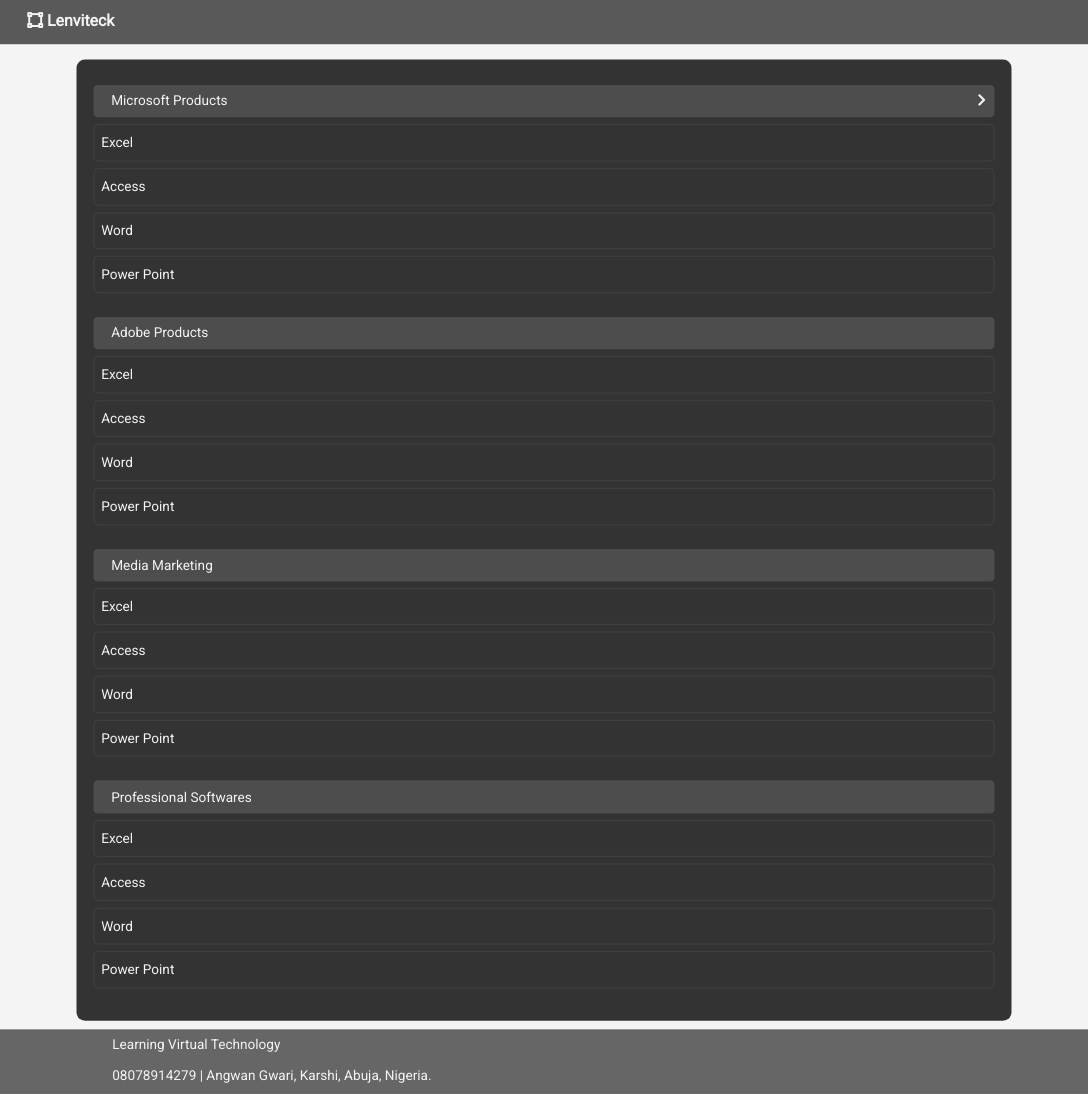
Repository: mxhdiqaim/lenviteck
Page: dist/trainingInstitute.html
The author's editor kept a copy of each file at every save. The page is drawn from the files as they stood at one save, then again after the next save.
The browser window is 1280 px wide. The pictures show the whole page, at 85% of full size.
Some web libraries are served in a nearby version. The style sheet was rebuilt from its Sass, Less or Tailwind sources for each picture, by a compiler version that may differ from the author's.

Above is the page before, as saved 2021-05-07 16:08:23.

### dist/trainingInstitute.html
<!DOCTYPE html>
<html lang="en">
<head>
    <meta charset="UTF-8">
    <meta http-equiv="X-UA-Compatible" content="IE=edge">
    <meta name="viewport" content="width=device-width, initial-scale=1.0">
    <link rel="icon" href="../img/favicon.ico" type="image/x-icon" />
    <link rel="stylesheet" href="./styles/main.css">
    <link rel="stylesheet" href="https://pro.fontawesome.com/releases/v5.10.0/css/all.css"
    integrity="sha384-AYmEC3Yw5cVb3ZcuHtOA93w35dYTsvhLPVnYs9eStHfGJvOvKxVfELGroGkvsg+p" crossorigin="anonymous" />
    <title>Lenviteck | Training Institute</title>
</head>
<body>

    <section class="content">
        <nav class="navbar bg-dark">
            <div class="logo">
                <h1><i class="fas fa-vector-square"></i> Lenviteck</h1>
            </div>
        </nav>
        <section class="container section-1">
            <div class="works-list drop-down">
                <a href="#" class="btn btn-block" >Microsoft Products<span><i class="fas fa-chevron-right"></i></span> </a>
                <ul>
                    <li class="card"><a href="#">Excel</a></li>
                    <li class="card"><a href="#">Access</a></li>
                    <li class="card"><a href="#">Word</a></li>
                    <li class="card"><a href="#">Power Point</a></li>
                </ul>
            </div>
            <div class="works-list">
                <a href="#" class="btn btn-block" >Adobe Products</a>
                <ul>
                    <li class="card"><a href="#">Excel</a></li>
                    <li class="card"><a href="#">Access</a></li>
                    <li class="card"><a href="#">Word</a></li>
                    <li class="card"><a href="#">Power Point</a></li>
                </ul>
            </div>
            <div class="works-list">
                <a href="#" class="btn btn-block" >Media Marketing</a>
                <ul>
                    <li class="card"><a href="#">Excel</a></li>
                    <li class="card"><a href="#">Access</a></li>
                    <li class="card"><a href="#">Word</a></li>
                    <li class="card"><a href="#">Power Point</a></li>
                </ul>
            </div>
            <div class="works-list">
                <a href="#" class="btn btn-block" >Professional Softwares</a>
                <ul>
                    <li class="card"><a href="#">Excel</a></li>
                    <li class="card"><a href="#">Access</a></li>
                    <li class="card"><a href="#">Word</a></li>
                    <li class="card"><a href="#">Power Point</a></li>
                </ul>
            </div>
        </section>
  </section>
    <footer>
        <div class="container-1">
            <div id="copy"></div>
        </div>
    </footer>

      <script>
          const date = new Date().getFullYear();
          document.getElementById("copy").innerHTML = ` <p>Learning Virtual Technology </p> <p>08078914279 | Angwan Gwari, Karshi, <span>Abuja, Nigeria</span>. </p>`;
      </script>
  </body>
</html>

### dist/styles/main.scss
// Import
@import url('https://fonts.googleapis.com/css?family=Roboto');

// Global variables
$primary-color: #dc3545;
$dark-color: #333333;
$light-color: #f4f4f4;
$danger-color: #dc3545;
$success-color: #28a745;

// Functions
@function set-text-color($color) {
  @if (lightness($color) > 40) {
    @return #000;
  } @else {
    @return #fff;
  }
}

* {
  padding: 0;
  margin: 0;
  box-sizing: border-box;
}

body {
  font-family: 'Roboto', sans-serif;
  font-size: 1rem;
  line-height: 1.6;
  color: set-text-color($light-color);
  background: $light-color;
}


a {
  color: set-text-color($light-color);
  text-decoration: none;
}

ul {
  list-style: none;
}

img {
  width: 100%;
}

.logo-div {
  display: flex;
  justify-content: flex-start;
  align-items: center;

  img, h1 {
    margin: 0 8px 0;
  }

  img {
    width: 50px;
    border-radius: 50%;
  }
}

.container {
  max-width: 1100px;
  margin: auto;
  overflow: hidden;
  padding: 0 2rem;
}

.container-1 {
  max-width: 1100px;
  margin-left: 100px;
  overflow: hidden;
  padding: 0 2rem;
}

.section-1 {
  padding: 20px 10px;
  background: $dark-color;
  color: $light-color;
  margin: 10px auto;
  border-radius: 10px;
  // height: calc(100vh - 100px);
  margin-top: 70px;

  .works-list {
    padding: 10px;
    width: 100%;
    transition: all .3s ease;

    ul li a {
      color: $light-color;
      transition: color .3s ease;

      &:hover {
        color: darken($light-color, 10);
      }
    }
  }
}

// cards
.card {
  padding: .5rem;
  border: #444 1px solid;
  border-radius: 5px;
  margin: 0.5rem 0;
}

.btn {
  display: inline-block;
  background: light-color;
  border-radius: 5px;
  padding: 0.4rem 1.3rem;
  font-size: 1rem;
  border: none;
  cursor: pointer;
  margin-right: 0.5rem;
  transition: opacity 0.2s ease-in;
  outline: none;
  background-color: lighten($dark-color, 10);
  color: $light-color;
  display: block;
  width: 100%;
  position: relative;

  span {
    position: absolute;
    right: 10px;
  }
}

.btn:hover {
  background-color: lighten($dark-color, 15);
}

input {
  margin: 1.2rem 0;
}

.btn-primary,
.bg-primary,
.badge-primary,
.alert-primary {
  background: $primary-color;
  color: #fff;
}

.btn-light,
.bg-light,
.badge-light,
.alert-light {
  background: $light-color;
  color: #333;
}

.btn-dark,
.bg-dark,
.badge-dark,
.alert-dark {
  background: $dark-color;
  color: #fff;
}

.btn-danger,
.bg-danger,
.badge-danger,
.alert-danger {
  background: $danger-color;
  color: #fff;
}

.btn-success,
.bg-success,
.badge-success,
.alert-success {
  background: $success-color;
  color: #fff;
}

.btn-white,
.bg-white,
.badge-white,
.alert-white {
  background: #fff;
  color: #333;
  border: #ccc solid 1px;
}



.bg-light,
.badge-light {
  border: #ccc solid 1px;
}

.navbar {
  display: flex;
  justify-content: space-between;
  align-items: center;
  padding: 0.7rem 2rem;
  z-index: 1;
  width: 100%;
  background: $dark-color;
  opacity: 0.8;
  color: $light-color;
  margin-bottom: 1rem;
  position: fixed;
  top: 0;
  // margin: 5px ;
}

.navbar ul {
  display: flex;
}

.navbar a {
  color: #fff;
  padding: 0.45rem;
  margin: 0 0.25rem;
}

.navbar a:hover {
  color: $light-color;
}


// Drop Down Menu


// Footer
footer {
  background: lighten($dark-color, 20);
  display: flex;
  flex-direction: column;
  justify-content: flex-start;
  align-items: flex-start;
  color: $light-color;
  padding-top: 5px;
  padding-bottom: -2px;

  ul {
    display: flex;

    li {
      margin: 10px;

      a {
        transition: all .3s ease;
        color: $light-color;

        &:hover {
          color: darken($light-color, 10);
        }
      }

    }
  }

  p {
    margin-bottom: 10px;
  }
}

// Media Query
@media (max-width: 700px) {
  .hide-sm {
    display: none;
  }

  /* Navbar */
  .navbar {
    display: block;
  }

  .navbar ul {
    text-align: center;
    justify-content: center;
  }

  // Footer
  .container-1 {
    max-width: 1100px;
    // margin-left: 100px;
    margin: auto;
    text-align: left;
    overflow: hidden;
    padding: 0 2rem;
  }

  /*
  * Business Add Hub
  */

  .company {
    flex-direction: column;
    text-align: center;

    img {
      width: 90% !important;
      margin: auto;
    }
  }

  .business-add-hub {
    position: relative;
    top: 60px;
    left: 60px !important;
  }

  .mr-1 {
    margin-left: -30px !important;
  }
}

/*
 * Business Add Hub
*/


.business-add-hub {
  margin-top: 20px;

  h1 {
    font-weight: 500;
  }
}

.company {
  display: flex;
  padding: 10px;
  background: $dark-color;
  margin: 20px;
  border-radius: 10px;
  padding: 20px;

  div {
    padding: 10px;
    line-height: 1.8;
    // background: darken($light-color, 30);


  }
  img {
    width: 200px;

  }

}


.section-2 {
  padding: 20px 10px;
  // background: $dark-color;
  color: $light-color;
  margin: 10px auto;
  border-radius: 10px;
  // height: calc(100vh - 100px);
  margin-top: 70px;

}

After the next save:
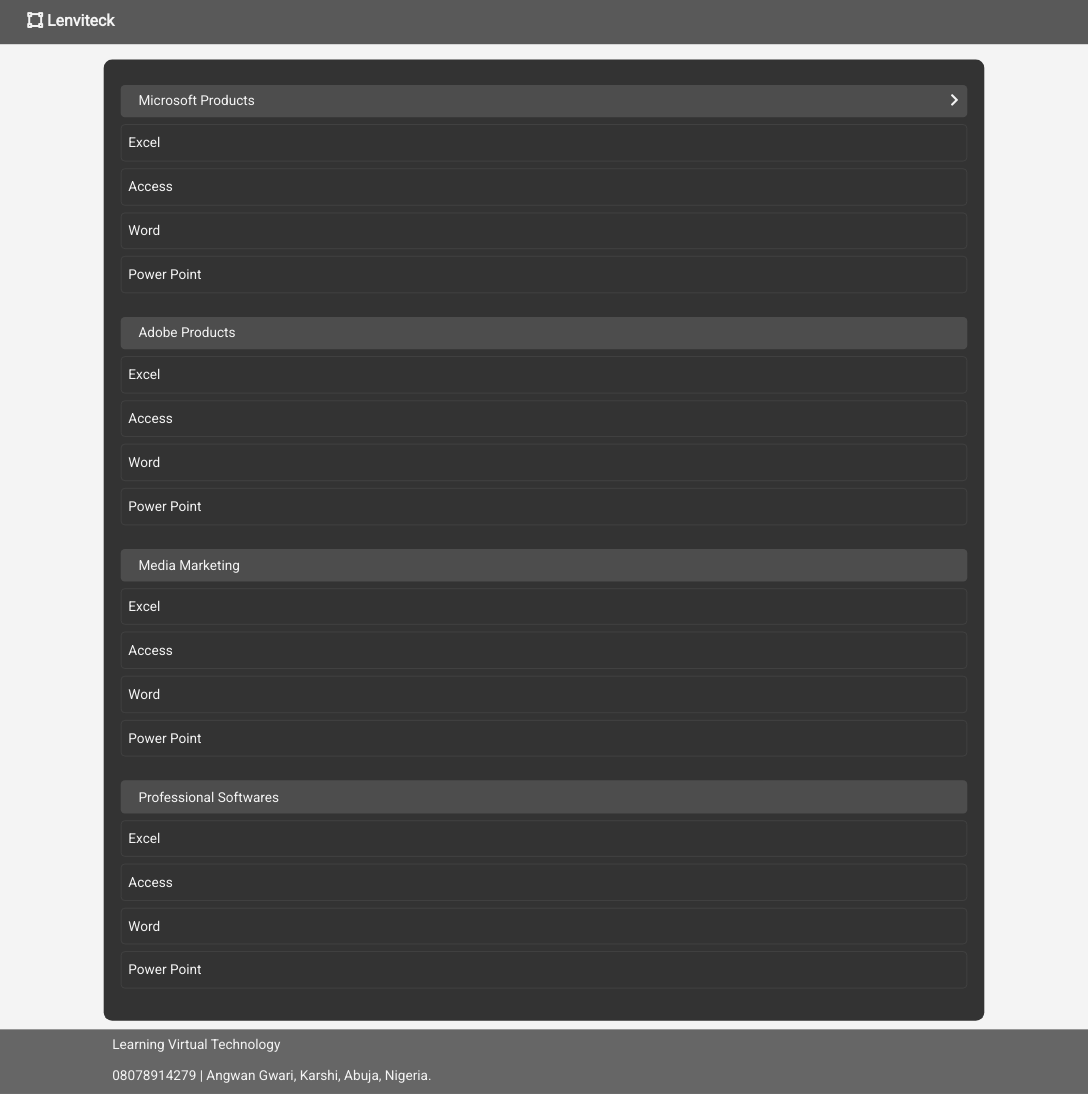
Saved 71 s later.
--- a/dist/trainingInstitute.html
+++ b/dist/trainingInstitute.html
@@ -18,42 +18,45 @@
                 <h1><i class="fas fa-vector-square"></i> Lenviteck</h1>
             </div>
         </nav>
-        <section class="container section-1">
-            <div class="works-list drop-down">
-                <a href="#" class="btn btn-block" >Microsoft Products<span><i class="fas fa-chevron-right"></i></span> </a>
-                <ul>
-                    <li class="card"><a href="#">Excel</a></li>
-                    <li class="card"><a href="#">Access</a></li>
-                    <li class="card"><a href="#">Word</a></li>
-                    <li class="card"><a href="#">Power Point</a></li>
-                </ul>
-            </div>
-            <div class="works-list">
-                <a href="#" class="btn btn-block" >Adobe Products</a>
-                <ul>
-                    <li class="card"><a href="#">Excel</a></li>
-                    <li class="card"><a href="#">Access</a></li>
-                    <li class="card"><a href="#">Word</a></li>
-                    <li class="card"><a href="#">Power Point</a></li>
-                </ul>
-            </div>
-            <div class="works-list">
-                <a href="#" class="btn btn-block" >Media Marketing</a>
-                <ul>
-                    <li class="card"><a href="#">Excel</a></li>
-                    <li class="card"><a href="#">Access</a></li>
-                    <li class="card"><a href="#">Word</a></li>
-                    <li class="card"><a href="#">Power Point</a></li>
-                </ul>
-            </div>
-            <div class="works-list">
-                <a href="#" class="btn btn-block" >Professional Softwares</a>
-                <ul>
-                    <li class="card"><a href="#">Excel</a></li>
-                    <li class="card"><a href="#">Access</a></li>
-                    <li class="card"><a href="#">Word</a></li>
-                    <li class="card"><a href="#">Power Point</a></li>
-                </ul>
+        <section class="container">
+            <div class="section-1">
+                <div class="works-list drop-down">
+                    <a href="#" class="btn btn-block" >Microsoft Products<span><i class="fas fa-chevron-right"></i></span> </a>
+                    <ul>
+                        <li class="card"><a href="#">Excel</a></li>
+                        <li class="card"><a href="#">Access</a></li>
+                        <li class="card"><a href="#">Word</a></li>
+                        <li class="card"><a href="#">Power Point</a></li>
+                    </ul>
+                </div>
+                <div class="works-list">
+                    <a href="#" class="btn btn-block" >Adobe Products</a>
+                    <ul>
+                        <li class="card"><a href="#">Excel</a></li>
+                        <li class="card"><a href="#">Access</a></li>
+                        <li class="card"><a href="#">Word</a></li>
+                        <li class="card"><a href="#">Power Point</a></li>
+                    </ul>
+                </div>
+                <div class="works-list">
+                    <a href="#" class="btn btn-block" >Media Marketing</a>
+                    <ul>
+                        <li class="card"><a href="#">Excel</a></li>
+                        <li class="card"><a href="#">Access</a></li>
+                        <li class="card"><a href="#">Word</a></li>
+                        <li class="card"><a href="#">Power Point</a></li>
+                    </ul>
+                </div>
+                <div class="works-list">
+                    <a href="#" class="btn btn-block" >Professional Softwares</a>
+                    <ul>
+                        <li class="card"><a href="#">Excel</a></li>
+                        <li class="card"><a href="#">Access</a></li>
+                        <li class="card"><a href="#">Word</a></li>
+                        <li class="card"><a href="#">Power Point</a></li>
+                    </ul>
+                </div>
+
             </div>
         </section>
   </section>
